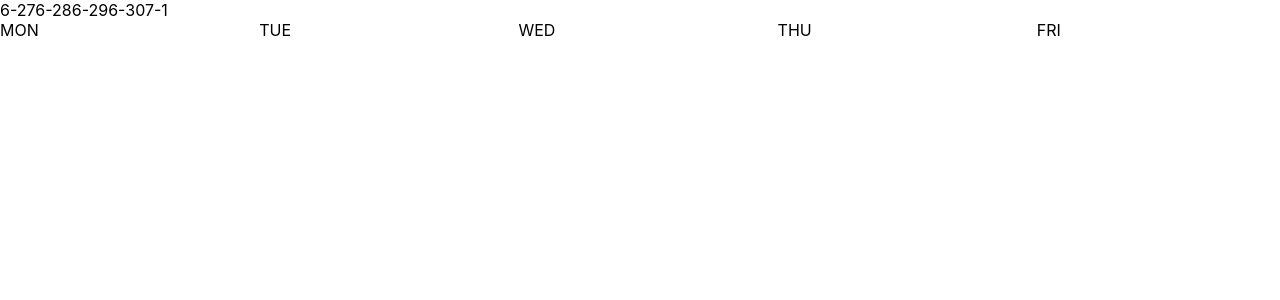
Repository: lplsz/Visionaries
Page: /test (app in frontend/)
These files come from the project's save history. The page is drawn as it stood at one moment and after the next save; the edit follows.
The browser window is 1280 px wide. The pictures show the whole page.
The project was rebuilt for these pictures with package versions that can differ from the ones it lists, and the page was loaded fresh each time. Also part of the build but not shown: frontend/src/Main.jsx, frontend/src/component/HomeCard.jsx, frontend/src/component/StudentHeader.jsx, frontend/src/component/QACard.jsx, frontend/src/page/StudentMain.jsx, frontend/src/component/ExpertHeader.jsx, frontend/src/page/ExpertMain.jsx, frontend/src/page/StudentLogin.jsx and 6 more.

Above is the page before, as saved 2022-06-30 20:11:59.

After the next save:
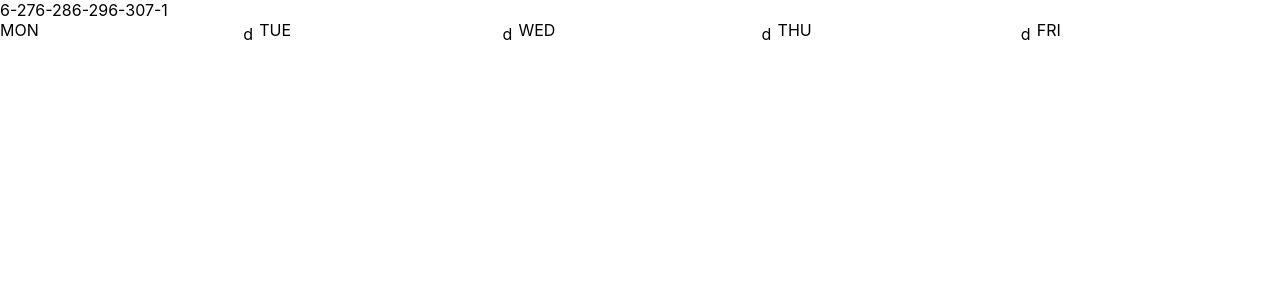
Saved 8 min 56 s later.
--- a/frontend/src/page/Test.jsx
+++ b/frontend/src/page/Test.jsx
@@ -2,34 +2,35 @@ import React, { useState } from 'react';
 
 import Grid from '@mui/material/Grid';
 
+function timeFormat(date) {
+  if (!date || typeof (date) === "string") {
+    this.error("参数异常，请检查...");
+  }
+  var y = date.getFullYear(); //年
+  var m = date.getMonth() + 1; //月
+  var d = date.getDate(); //日
+
+  return m + "-" + d;
+}
+
+function getFirstDayOfWeek(date, i) {
+
+  var weekday = date.getDay() || 7; //获取星期几,getDay()返回值是 0（周日） 到 6（周六） 之间的一个整数。0||7为7，即weekday的值为1-7
+
+  date.setDate(date.getDate() - weekday + i);//往前算（weekday-1）天，年份、月份会自动变化
+  return timeFormat(date);
+}
+function getDays(date) {
+  const l = []
+  for (let i = 1; i < 6; i++) {
+    l.push(getFirstDayOfWeek(date, i))
+  }
+  return l
+}
+
 const Test = () => {
   const date = new Date('2022-06-30T00:00:00.000');
-  function timeFormat(date) {
-    if (!date || typeof (date) === "string") {
-      this.error("参数异常，请检查...");
-    }
-    var y = date.getFullYear(); //年
-    var m = date.getMonth() + 1; //月
-    var d = date.getDate(); //日
-
-    return m + "-" + d;
-  }
-
-  function getFirstDayOfWeek(date, i) {
-
-    var weekday = date.getDay() || 7; //获取星期几,getDay()返回值是 0（周日） 到 6（周六） 之间的一个整数。0||7为7，即weekday的值为1-7
-
-    date.setDate(date.getDate() - weekday + i);//往前算（weekday-1）天，年份、月份会自动变化
-    return timeFormat(date);
-  }
-  function getDays(date) {
-    const l = []
-    for (let i = 1; i < 6; i++) {
-      l.push(getFirstDayOfWeek(date, i))
-    }
-    return l
-  }
-
+  const l = getDays(date)
   return (
     <div>
       <div> {getDays(date)}</div>
@@ -50,6 +51,9 @@ const Test = () => {
           FRI
         </Grid>
       </Grid>
+      <Grid container spacing={2}>
+        {l.map((d, i) => <Grid xs={2.4}>d</Grid>)}
+      </Grid>
     </div>
 
   );
